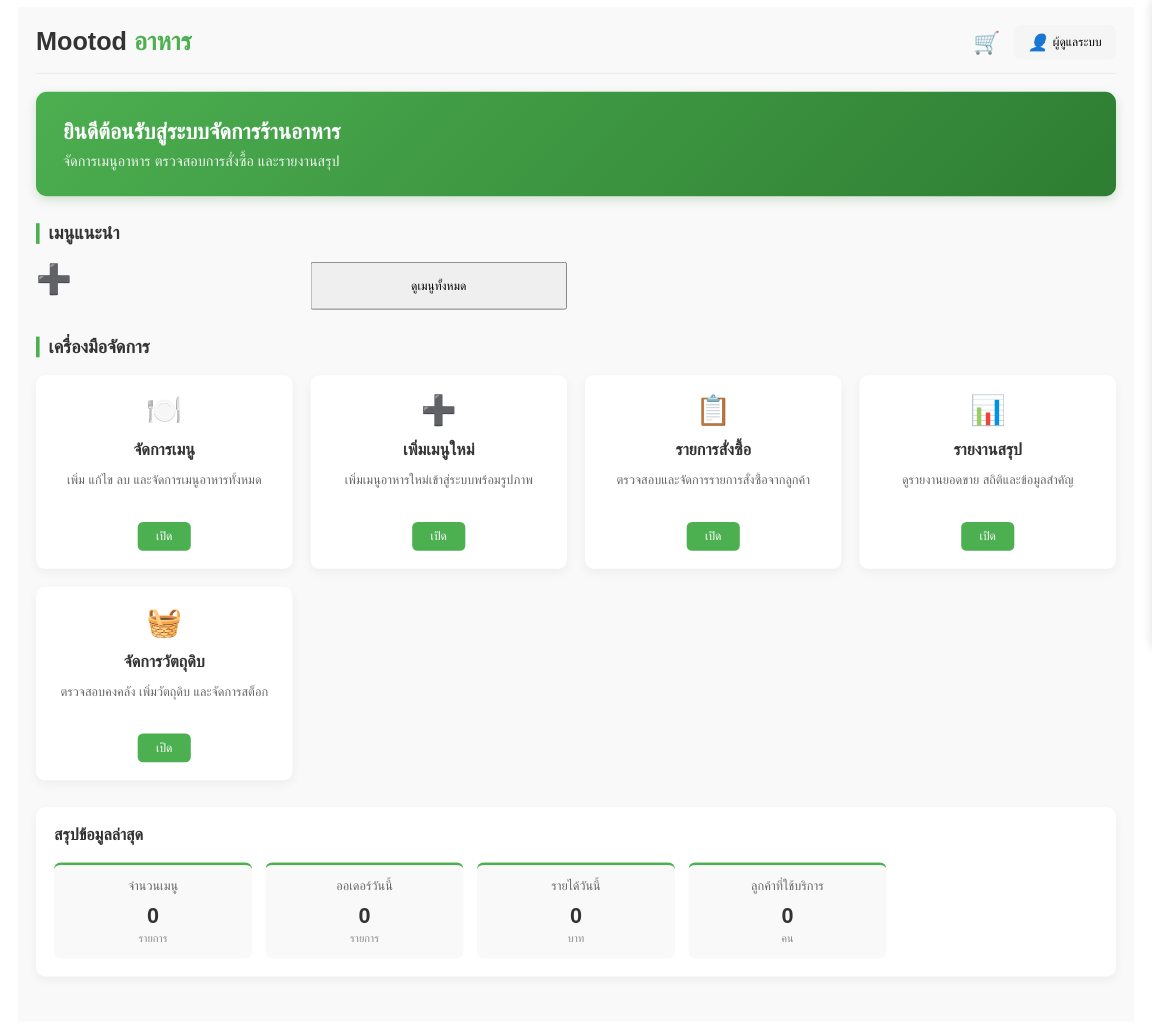
Repository: KwaunchaiJankaikot/mootod
Page: / (app in frontend/)
These files come from the project's save history. The page is drawn as it stood at one moment and after a run of saves; the edit follows.
The browser window is 1280 px wide. The pictures show the whole page, at 90% of full size.
The page's requests for data from a server got no answer. The project was rebuilt for these pictures with package versions that can differ from the ones it lists, and the page was loaded fresh each time. No one was signed in, and anything a server would have sent is missing. Also part of the build but not shown: frontend/vue.config.js, frontend/src/components/CheckoutPage.vue, frontend/src/components/AddMenu.vue, frontend/src/components/MenuList.vue, frontend/src/components/EditMenu.vue, frontend/src/components/InventoryPage.vue.

Above is the page before, as saved 2025-04-23 01:05:06.

### frontend/public/index.html
<!DOCTYPE html>
<html lang="">
  <head>
    <meta charset="utf-8">
    <meta http-equiv="X-UA-Compatible" content="IE=edge">
    <meta name="viewport" content="width=device-width,initial-scale=1.0">
    <link rel="icon" href="<%= BASE_URL %>favicon.ico">
    <title><%= htmlWebpackPlugin.options.title %></title>
    <link href="https://fonts.googleapis.com/icon?family=Material+Icons" rel="stylesheet">
    <link rel="stylesheet" href="https://fonts.googleapis.com/css2?family=Material+Symbols+Outlined:opsz,wght,FILL,GRAD@24,400,0,0" />
  </head>
  <body>
    <noscript>
      <strong>We're sorry but <%= htmlWebpackPlugin.options.title %> doesn't work properly without JavaScript enabled. Please enable it to continue.</strong>
    </noscript>
    <div id="app"></div>
    <!-- built files will be auto injected -->
  </body>
</html>

### frontend/src/main.js
import { createApp } from 'vue';
import App from './App.vue';
import router from './router';

const app = createApp(App);
app.use(router);  // ติดตั้ง Vue Router
app.mount('#app');

### frontend/src/App.vue
<template>
  <div id="app">
    <router-view></router-view>
  </div>
</template>

<script>
export default {
  name: 'App',
};
</script>

### frontend/src/router/index.js
import { createRouter, createWebHistory } from 'vue-router';
import HomePage from '../components/HomePage.vue';
import AddMenu from '../components/AddMenu.vue';
import MenuList from '../components/MenuList.vue';
import EditMenu from '../components/EditMenu.vue';
import InventoryPage from '../components/InventoryPage.vue';

const routes = [
  {
    path: '/',
    name: 'Home',
    component: HomePage
  },
  {
    path: '/add-menu',
    name: 'Menu',
    component: AddMenu
  },
  {
    path: '/menu-list',
    name: 'MenuList',
    component: MenuList
  },
  {
    path: '/edit-menu/:id',
    name: 'edit-menu',
    component: EditMenu,
    props: true,
  },

  {
    path: '/inventorypage',
    name: 'inventorypage',
    component: InventoryPage,
  },
];

const router = createRouter({
  history: createWebHistory(process.env.BASE_URL),
  routes
});

export default router;

### frontend/src/components/HomePage.vue
<template>
  <div class="home-container">
    <header class="header">
      <div class="logo">
        <img src="@/assets/logo.png" alt="Mootod Logo" v-if="false" />
        <h1>Mootod <span>อาหาร</span></h1>
      </div>
      <div class="right-menu">
        <div class="cart-icon" @click="toggleCart">
          <span>🛒</span>
          <span class="cart-badge" v-if="cartItems.length > 0">{{
            cartItems.length
          }}</span>
        </div>
        <button class="user-btn">
          <i class="user-icon">👤</i>
          <span>ผู้ดูแลระบบ</span>
        </button>
      </div>
    </header>

    <!-- ตะกร้าสินค้า -->
    <CartSidebar
      :cartItems="cartItems"
      :isCartOpen="isCartOpen"
      @close-cart="toggleCart"
      @remove-item="removeFromCart"
      @increase-quantity="increaseQuantity"
      @decrease-quantity="decreaseQuantity"
      @go-to-checkout="goToCheckout"
    />

    <!-- หน้าชำระเงิน -->
    <CheckoutPage
      v-if="isCheckoutModalOpen"
      :cartItems="cartItems"
      @close-checkout="closeCheckoutModal"
      @payment-success="handlePaymentSuccess"
    />

    <div class="welcome-banner">
      <div class="banner-content">
        <h2>ยินดีต้อนรับสู่ระบบจัดการร้านอาหาร</h2>
        <p>จัดการเมนูอาหาร ตรวจสอบการสั่งซื้อ และรายงานสรุป</p>
      </div>
    </div>

    <!-- แสดงรายการเมนู -->
    <h3 class="section-title">เมนูแนะนำ</h3>
    <div class="menu-cards">
      <div v-for="menu in menus" :key="menu.id" class="menu-card">
        <div class="card-image-container">
          <img :src="menu.image_url" alt="เมนูอาหาร" class="card-image" />
        </div>
        <div class="card-content">
          <h3>{{ menu.name }}</h3>
          <p>{{ menu.description }}</p>
          <div class="card-footer">
            <span class="price">{{ menu.price }} บาท</span>
            <button class="card-btn" @click="addToCart(menu)">สั่งอาหาร</button>
          </div>
        </div>
      </div>
      <div class="card-icon">➕</div>
      <button class="view-btn" @click="viewAllMenus">ดูเมนูทั้งหมด</button>
    </div>

    <!-- ส่วนอื่นๆ ของหน้าจัดการ -->
    <h3 class="section-title">เครื่องมือจัดการ</h3>
    <div class="admin-cards">
      <div class="card" @click="goTo('menu')">
        <div class="card-icon">🍽️</div>
        <h3>จัดการเมนู</h3>
        <p>เพิ่ม แก้ไข ลบ และจัดการเมนูอาหารทั้งหมด</p>
        <button class="card-btn">เปิด</button>
      </div>

      <div class="card" @click="goTo('add-menu')">
        <div class="card-icon">➕</div>
        <h3>เพิ่มเมนูใหม่</h3>
        <p>เพิ่มเมนูอาหารใหม่เข้าสู่ระบบพร้อมรูปภาพ</p>
        <button class="card-btn">เปิด</button>
      </div>

      <div class="card" @click="goTo('orders')">
        <div class="card-icon">📋</div>
        <h3>รายการสั่งซื้อ</h3>
        <p>ตรวจสอบและจัดการรายการสั่งซื้อจากลูกค้า</p>
        <button class="card-btn">เปิด</button>
      </div>

      <div class="card" @click="goTo('reports')">
        <div class="card-icon">📊</div>
        <h3>รายงานสรุป</h3>
        <p>ดูรายงานยอดขาย สถิติและข้อมูลสำคัญ</p>
        <button class="card-btn">เปิด</button>
      </div>

      <div class="card" @click="goTo('inventorypage')">
        <div class="card-icon">🧺</div>
        <h3>จัดการวัตถุดิบ</h3>
        <p>ตรวจสอบคงคลัง เพิ่มวัตถุดิบ และจัดการสต็อก</p>
        <button class="card-btn">เปิด</button>
      </div>
    </div>

    <div class="quick-stats">
      <h3>สรุปข้อมูลล่าสุด</h3>
      <div class="stats-grid">
        <div class="stat-card">
          <h4>จำนวนเมนู</h4>
          <div class="stat-value">{{ totalMenus || menus.length }}</div>
          <div class="stat-label">รายการ</div>
        </div>

        <div class="stat-card">
          <h4>ออเดอร์วันนี้</h4>
          <div class="stat-value">0</div>
          <div class="stat-label">รายการ</div>
        </div>

        <div class="stat-card">
          <h4>รายได้วันนี้</h4>
          <div class="stat-value">0</div>
          <div class="stat-label">บาท</div>
        </div>

        <div class="stat-card">
          <h4>ลูกค้าที่ใช้บริการ</h4>
          <div class="stat-value">0</div>
          <div class="stat-label">คน</div>
        </div>
      </div>
    </div>
  </div>
</template>

<script>
import axios from "axios";
import CartSidebar from "@/components/CartSidebar.vue";
import CheckoutPage from "@/components/CheckoutPage.vue";

export default {
  name: "HomePage",
  components: {
    CartSidebar,
    CheckoutPage
  },
  data() {
    return {
      menus: [],
      totalMenus: 0,
      cartItems: [],
      isCartOpen: false,
      isCheckoutModalOpen: false,
    };
  },
  mounted() {
    this.fetchMenus();
    // โหลดข้อมูลตะกร้าจาก localStorage (ถ้ามี)
    const savedCart = localStorage.getItem("cart");
    if (savedCart) {
      this.cartItems = JSON.parse(savedCart);
    }
  },
  methods: {
    goTo(route) {
      switch (route) {
        case "menu":
          this.$router.push("/menu-list");
          break;
        case "add-menu":
          this.$router.push("/add-menu");
          break;
        case "orders":
          this.$router.push("/orders");
          break;
        case "reports":
          this.$router.push("/reports");
          break;
         case "inventorypage":
          this.$router.push("/inventorypage");
          break;
        default:
          this.$router.push("/");
      }
    },
    fetchMenus() {
      axios
        .get("http://localhost:5000/menus") // เปลี่ยนเป็น URL ของ API ที่คุณใช้
        .then((response) => {
          this.menus = response.data; // บันทึกข้อมูลเมนูใน state
          this.totalMenus = this.menus.length;
        })
        .catch((error) => {
          console.error("เกิดข้อผิดพลาดในการดึงข้อมูลเมนู:", error);
          this.totalMenus = this.menus.length;
        });
    },
    // ฟังก์ชันเกี่ยวกับตะกร้าสินค้า
    addToCart(menu) {
      // ตรวจสอบว่ามีรายการนี้ในตะกร้าหรือไม่
      const existingItem = this.cartItems.find((item) => item.id === menu.id);

      if (existingItem) {
        // ถ้ามีอยู่แล้ว เพิ่มจำนวน
        existingItem.quantity += 1;
      } else {
        // ถ้ายังไม่มี เพิ่มรายการใหม่พร้อมจำนวน = 1
        this.cartItems.push({
          ...menu,
          quantity: 1,
        });
      }

      // บันทึกลง localStorage
      this.saveCart();

      // เปิดตะกร้าสินค้า
      this.isCartOpen = true;
    },
    toggleCart() {
      this.isCartOpen = !this.isCartOpen;
    },
    removeFromCart(index) {
      this.cartItems.splice(index, 1);
      this.saveCart();
    },
    increaseQuantity(index) {
      this.cartItems[index].quantity += 1;
      this.saveCart();
    },
    decreaseQuantity(index) {
      if (this.cartItems[index].quantity > 1) {
        this.cartItems[index].quantity -= 1;
      } else {
        // ถ้าเหลือแค่ 1 ชิ้น แล้วกดลด ให้ลบรายการออกจากตะกร้า
        this.removeFromCart(index);
      }
      this.saveCart();
    },
    saveCart() {
      localStorage.setItem("cart", JSON.stringify(this.cartItems));
    },
    // ฟังก์ชันเกี่ยวกับการชำระเงิน
    goToCheckout() {
      this.isCheckoutModalOpen = true;
      this.isCartOpen = false; // ปิดตะกร้าเมื่อไปที่หน้าชำระเงิน
    },
    closeCheckoutModal() {
      this.isCheckoutModalOpen = false;
    },
    handlePaymentSuccess() {
      // ล้างตะกร้า
      this.cartItems = [];
      this.saveCart();
      // ปิดหน้าชำระเงิน (จะถูกจัดการโดย CheckoutPage component แล้ว)
    },
  },
};
</script>

<style scoped>
.home-container {
  max-width: 1200px;
  margin: 0 auto;
  padding: 20px;
  font-family: "Prompt", "Kanit", sans-serif;
  background-color: #f9f9f9;
  position: relative;
}

/* Header */
.header {
  display: flex;
  justify-content: space-between;
  align-items: center;
  margin-bottom: 20px;
  padding-bottom: 15px;
  border-bottom: 1px solid #eaeaea;
}

.logo {
  display: flex;
  align-items: center;
}

.logo h1 {
  font-size: 28px;
  font-weight: 700;
  color: #333;
  margin: 0;
}

.logo span {
  color: #4caf50;
}

.logo img {
  height: 40px;
  margin-right: 10px;
}

.right-menu {
  display: flex;
  align-items: center;
  gap: 15px;
}

.cart-icon {
  position: relative;
  cursor: pointer;
  font-size: 24px;
}

.cart-badge {
  position: absolute;
  top: -8px;
  right: -8px;
  background-color: #f44336;
  color: white;
  border-radius: 50%;
  width: 18px;
  height: 18px;
  font-size: 12px;
  display: flex;
  align-items: center;
  justify-content: center;
}

.user-btn {
  display: flex;
  align-items: center;
  background: #f5f5f5;
  border: none;
  border-radius: 8px;
  padding: 8px 16px;
  cursor: pointer;
  transition: background-color 0.2s;
}

.user-btn:hover {
  background: #eaeaea;
}

.user-icon {
  margin-right: 5px;
  font-size: 18px;
}

/* Welcome Banner */
.welcome-banner {
  background: linear-gradient(135deg, #4caf50 0%, #2e7d32 100%);
  border-radius: 12px;
  padding: 30px;
  margin-bottom: 30px;
  color: white;
  box-shadow: 0 4px 12px rgba(46, 125, 50, 0.2);
}

.banner-content h2 {
  font-size: 24px;
  margin: 0 0 10px 0;
  font-weight: 600;
}

.banner-content p {
  font-size: 16px;
  margin: 0;
  opacity: 0.9;
}

/* Section Titles */
.section-title {
  font-size: 20px;
  font-weight: 600;
  color: #333;
  margin-top: 30px;
  margin-bottom: 20px;
  border-left: 4px solid #4caf50;
  padding-left: 10px;
}

/* Menu Cards - แสดงเมนูอาหาร */
.menu-cards {
  display: grid;
  grid-template-columns: repeat(auto-fill, minmax(280px, 1fr));
  gap: 20px;
  margin-bottom: 30px;
}

.menu-card {
  background: white;
  border-radius: 10px;
  overflow: hidden;
  box-shadow: 0 4px 12px rgba(0, 0, 0, 0.05);
  transition: transform 0.3s ease, box-shadow 0.3s ease;
  cursor: pointer;
}

.menu-card:hover {
  transform: translateY(-5px);
  box-shadow: 0 8px 20px rgba(0, 0, 0, 0.1);
}

.card-image-container {
  width: 100%;
  height: 180px;
  overflow: hidden;
}

.card-image {
  width: 100%;
  height: 100%;
  object-fit: cover;
  transition: transform 0.3s ease;
}

.menu-card:hover .card-image {
  transform: scale(1.05);
}

.card-content {
  padding: 15px;
}

.card-content h3 {
  font-size: 18px;
  margin: 0 0 8px 0;
  color: #333;
}

.card-content p {
  font-size: 14px;
  color: #666;
  margin: 0 0 15px 0;
  height: 40px;
  overflow: hidden;
  display: -webkit-box;
  -webkit-line-clamp: 2;
  -webkit-box-orient: vertical;
}

.card-footer {
  display: flex;
  justify-content: space-between;
  align-items: center;
}

.price {
  font-weight: 600;
  color: #4caf50;
}

/* Admin Cards - การ์ดจัดการระบบ */
.admin-cards {
  display: grid;
  grid-template-columns: repeat(auto-fill, minmax(250px, 1fr));
  gap: 20px;
  margin-bottom: 30px;
}

.card {
  background: white;
  border-radius: 10px;
  padding: 20px;
  box-shadow: 0 4px 12px rgba(0, 0, 0, 0.05);
  text-align: center;
  transition: transform 0.3s ease, box-shadow 0.3s ease;
  cursor: pointer;
}

.card:hover {
  transform: translateY(-5px);
  box-shadow: 0 8px 20px rgba(0, 0, 0, 0.1);
}

.card-icon {
  font-size: 32px;
  margin-bottom: 15px;
}

.card h3 {
  font-size: 18px;
  margin: 0 0 10px 0;
  color: #333;
}

.card p {
  color: #666;
  font-size: 14px;
  margin-bottom: 15px;
  height: 40px;
  overflow: hidden;
  display: -webkit-box;
  -webkit-line-clamp: 2;
  -webkit-box-orient: vertical;
}

.card-btn {
  background-color: #4caf50;
  color: white;
  border: none;
  padding: 8px 20px;
  border-radius: 6px;
  cursor: pointer;
  font-weight: 500;
  transition: background-color 0.2s;
}

.card-btn:hover {
  background-color: #45a049;
}

/* Quick Stats */
.quick-stats {
  background: white;
  border-radius: 10px;
  padding: 20px;
  box-shadow: 0 4px 12px rgba(0, 0, 0, 0.05);
  margin-bottom: 30px;
}

.quick-stats h3 {
  margin-top: 0;
  margin-bottom: 20px;
  color: #333;
  font-size: 18px;
  font-weight: 600;
}

.stats-grid {
  display: grid;
  grid-template-columns: repeat(auto-fill, minmax(200px, 1fr));
  gap: 15px;
}

.stat-card {
  background: #f9f9f9;
  padding: 15px;
  border-radius: 8px;
  text-align: center;
  border-top: 3px solid #4caf50;
}

.stat-card h4 {
  font-size: 14px;
  font-weight: 500;
  color: #666;
  margin: 0 0 10px 0;
}

.stat-value {
  font-size: 24px;
  font-weight: 600;
  color: #333;
  margin-bottom: 5px;
}

.stat-label {
  font-size: 12px;
  color: #888;
}

/* Responsive */
@media (max-width: 768px) {
  .menu-cards,
  .admin-cards {
    grid-template-columns: repeat(auto-fill, minmax(220px, 1fr));
  }

  .welcome-banner {
    padding: 25px;
  }

  .banner-content h2 {
    font-size: 22px;
  }
}

@media (max-width: 480px) {
  .home-container {
    padding: 15px;
  }

  .header {
    flex-direction: column;
    align-items: flex-start;
  }

  .right-menu {
    margin-top: 15px;
    width: 100%;
    justify-content: space-between;
  }

  .menu-cards,
  .admin-cards {
    grid-template-columns: 1fr;
  }

  .welcome-banner {
    padding: 20px;
  }

  .stats-grid {
    grid-template-columns: 1fr 1fr;
  }

  .card-image-container {
    height: 160px;
  }
}
</style>

### frontend/src/components/CartSidebar.vue
<template>
  <div class="cart-sidebar" :class="{ 'cart-active': isCartOpen }">
    <div class="cart-header">
      <h3>ตะกร้าสินค้า</h3>
      <button class="close-btn" @click="closeCart">✕</button>
    </div>

    <div v-if="cartItems.length === 0" class="empty-cart">
      <span>🛒</span>
      <p>ไม่มีรายการในตะกร้า</p>
    </div>

    <div v-else class="cart-items">
      <div v-for="(item, index) in cartItems" :key="index" class="cart-item">
        <div class="cart-item-img">
          <img :src="item.image_url" alt="เมนูอาหาร" />
        </div>
        <div class="cart-item-info">
          <h4>{{ item.name }}</h4>
          <div class="item-price">{{ item.price }} บาท</div>
        </div>
        <div class="cart-item-actions">
          <button class="qty-btn" @click="decreaseQuantity(index)">-</button>
          <span class="item-qty">{{ item.quantity }}</span>
          <button class="qty-btn" @click="increaseQuantity(index)">+</button>
          <button class="remove-btn" @click="removeFromCart(index)">
            ลบ
          </button>
        </div>
      </div>
    </div>

    <div class="cart-summary" v-if="cartItems.length > 0">
      <div class="summary-row">
        <span>ยอดรวม:</span>
        <span class="summary-price">{{ calculateTotal() }} บาท</span>
      </div>
      <button class="checkout-btn" @click="goToCheckout">ไปชำระเงิน</button>
    </div>
  </div>
</template>

<script>
export default {
  name: "CartSidebar",
  props: {
    cartItems: {
      type: Array,
      required: true
    },
    isCartOpen: {
      type: Boolean,
      default: false
    }
  },
  methods: {
    closeCart() {
      this.$emit('close-cart');
    },
    removeFromCart(index) {
      this.$emit('remove-item', index);
    },
    increaseQuantity(index) {
      this.$emit('increase-quantity', index);
    },
    decreaseQuantity(index) {
      this.$emit('decrease-quantity', index);
    },
    calculateTotal() {
      return this.cartItems.reduce((total, item) => {
        return total + (item.price * item.quantity);
      }, 0);
    },
    goToCheckout() {
      this.$emit('go-to-checkout');
    }
  }
};
</script>

<style scoped>
/* Cart Sidebar */
.cart-sidebar {
  position: fixed;
  top: 0;
  right: -350px;
  width: 350px;
  height: 100vh;
  background-color: white;
  box-shadow: -2px 0 10px rgba(0, 0, 0, 0.1);
  z-index: 1000;
  transition: right 0.3s ease;
  display: flex;
  flex-direction: column;
}

.cart-active {
  right: 0;
}

.cart-header {
  display: flex;
  justify-content: space-between;
  align-items: center;
  padding: 15px 20px;
  border-bottom: 1px solid #eaeaea;
}

.cart-header h3 {
  margin: 0;
  font-size: 18px;
}

.close-btn {
  background: none;
  border: none;
  font-size: 18px;
  cursor: pointer;
  color: #777;
}

.empty-cart {
  display: flex;
  flex-direction: column;
  align-items: center;
  justify-content: center;
  padding: 50px 20px;
  color: #777;
}

.empty-cart span {
  font-size: 48px;
  margin-bottom: 15px;
  opacity: 0.5;
}

.cart-items {
  flex: 1;
  overflow-y: auto;
  padding: 15px;
}

.cart-item {
  display: flex;
  padding: 10px 0;
  border-bottom: 1px solid #eaeaea;
  margin-bottom: 10px;
}

.cart-item-img {
  width: 60px;
  height: 60px;
  overflow: hidden;
  border-radius: 6px;
  margin-right: 10px;
}

.cart-item-img img {
  width: 100%;
  height: 100%;
  object-fit: cover;
}

.cart-item-info {
  flex: 1;
}

.cart-item-info h4 {
  margin: 0 0 5px 0;
  font-size: 16px;
}

.item-price {
  color: #4caf50;
  font-weight: 500;
}

.cart-item-actions {
  display: flex;
  align-items: center;
  gap: 5px;
}

.qty-btn {
  width: 24px;
  height: 24px;
  border: 1px solid #ddd;
  background: white;
  border-radius: 4px;
  display: flex;
  align-items: center;
  justify-content: center;
  cursor: pointer;
}

.item-qty {
  width: 20px;
  text-align: center;
}

.remove-btn {
  background: #f44336;
  color: white;
  border: none;
  border-radius: 4px;
  padding: 3px 8px;
  font-size: 12px;
  cursor: pointer;
  margin-left: 5px;
}

.cart-summary {
  padding: 15px;
  border-top: 1px solid #eaeaea;
  background-color: #f9f9f9;
}

.summary-row {
  display: flex;
  justify-content: space-between;
  margin-bottom: 15px;
  font-weight: 500;
}

.summary-price {
  color: #4caf50;
  font-size: 18px;
  font-weight: 600;
}

.checkout-btn {
  width: 100%;
  padding: 12px;
  background-color: #4caf50;
  color: white;
  border: none;
  border-radius: 6px;
  font-weight: 500;
  cursor: pointer;
  transition: background-color 0.2s;
}

.checkout-btn:hover {
  background-color: #45a049;
}

@media (max-width: 768px) {
  .cart-sidebar {
    width: 300px;
  }
}

@media (max-width: 480px) {
  .cart-sidebar {
    width: 85%;
  }
}
</style>

After the next 2 saves:
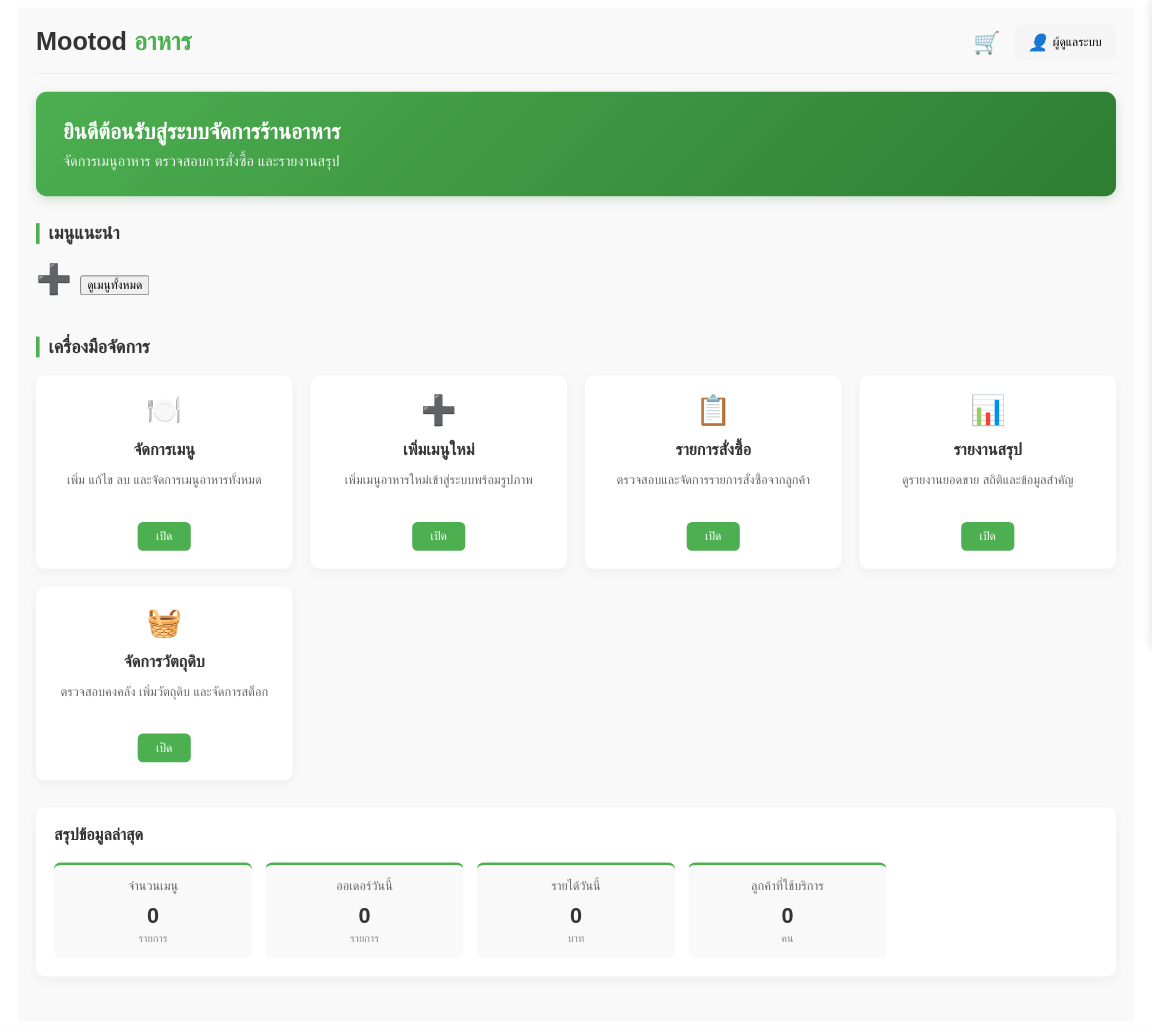
The 2 saves are shown as one change because they came seconds apart.
The last was saved 6 s later.
--- a/frontend/src/components/HomePage.vue
+++ b/frontend/src/components/HomePage.vue
@@ -61,8 +61,10 @@
           </div>
         </div>
       </div>
-      <div class="card-icon">➕</div>
-      <button class="view-btn" @click="viewAllMenus">ดูเมนูทั้งหมด</button>
+      <div class="card-icon">➕
+        <button class="view-btn" @click="viewAllMenus">ดูเมนูทั้งหมด</button>
+      </div>
+
     </div>
 
     <!-- ส่วนอื่นๆ ของหน้าจัดการ -->
